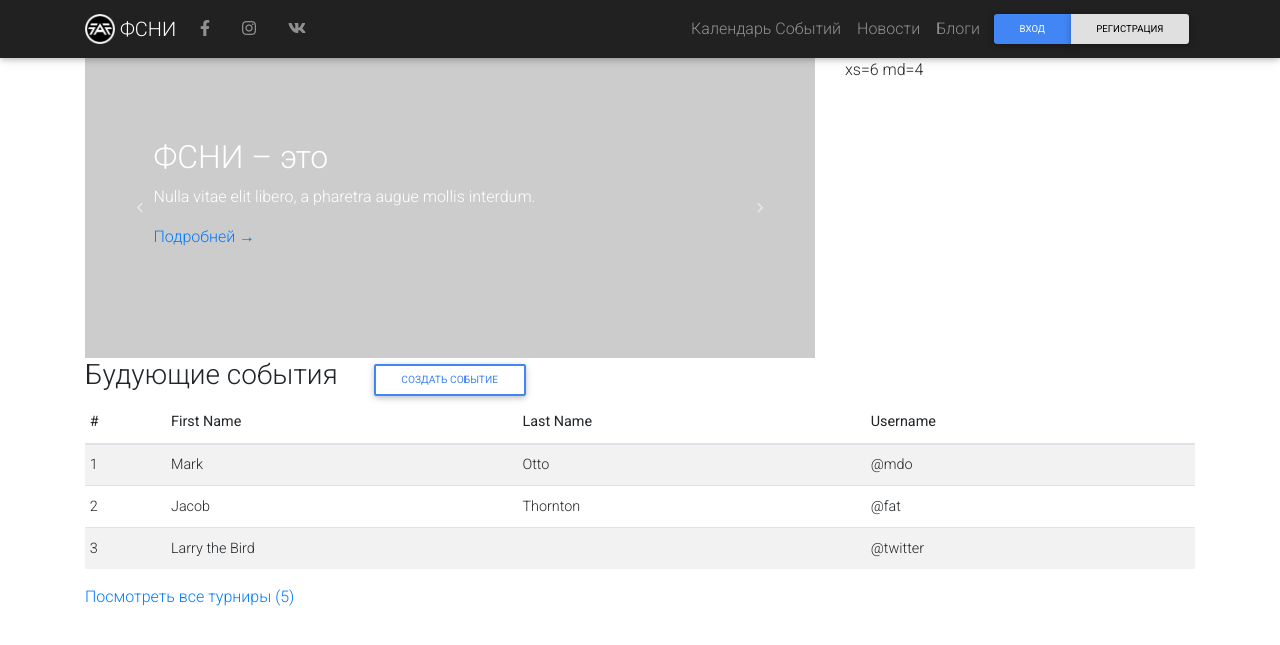
Repository: alexey1986/fsni_test
Page: /
These files come from the project's save history. The page is drawn as it stood at one moment and after the next save; the edit follows.
The browser window is 1280 px wide. The pictures show the whole page.
The project was rebuilt for these pictures with package versions that can differ from the ones it lists, and the page was loaded fresh each time. Also part of the build but not shown: src/pages/calendar.jsx, src/pages/news.jsx, src/pages/blogs.jsx.

Above is the page before, as saved 2020-08-29 10:26:31.

After the next save:
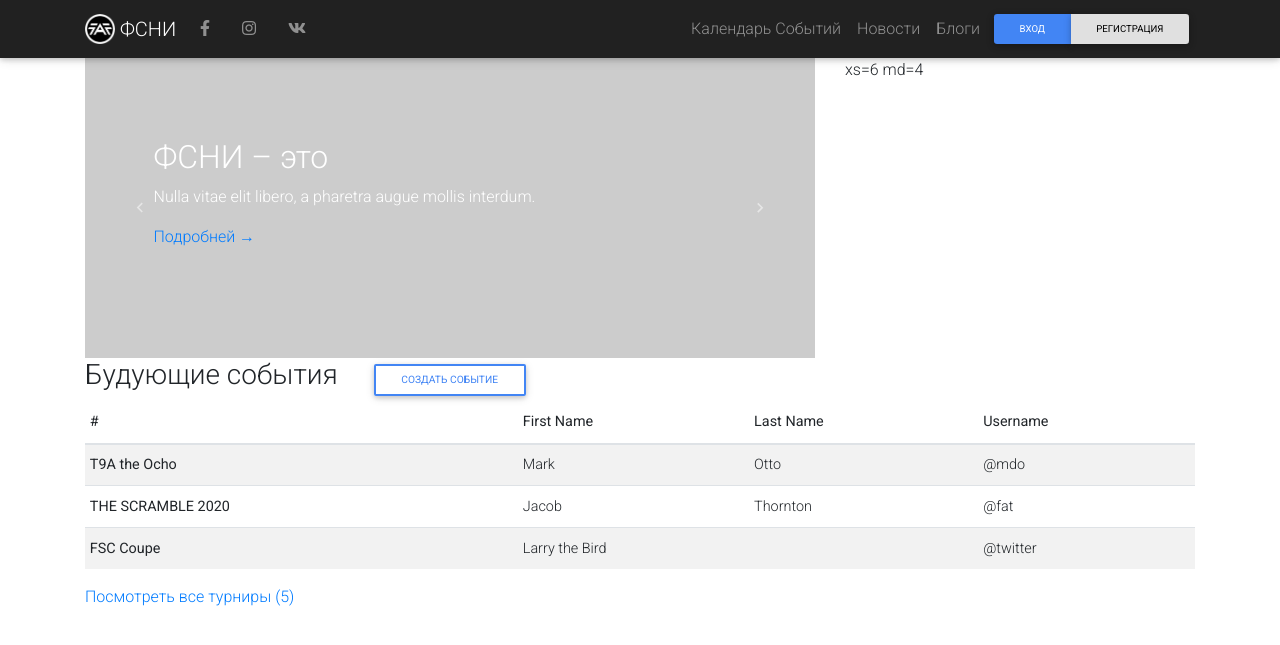
Saved 37 s later.
--- a/src/pages/home.jsx
+++ b/src/pages/home.jsx
@@ -40,19 +40,19 @@
                     </thead>
                     <tbody>
                         <tr>
-                            <td>1</td>
+                            <th>T9A the Ocho</th>
                             <td>Mark</td>
                             <td>Otto</td>
                             <td>@mdo</td>
                         </tr>
                         <tr>
-                            <td>2</td>
+                            <th>THE SCRAMBLE 2020</th>
                             <td>Jacob</td>
                             <td>Thornton</td>
                             <td>@fat</td>
                         </tr>
                         <tr>
-                            <td>3</td>
+                            <th>FSC Coupe </th>
                             <td colSpan="2">Larry the Bird</td>
                             <td>@twitter</td>
                         </tr>
